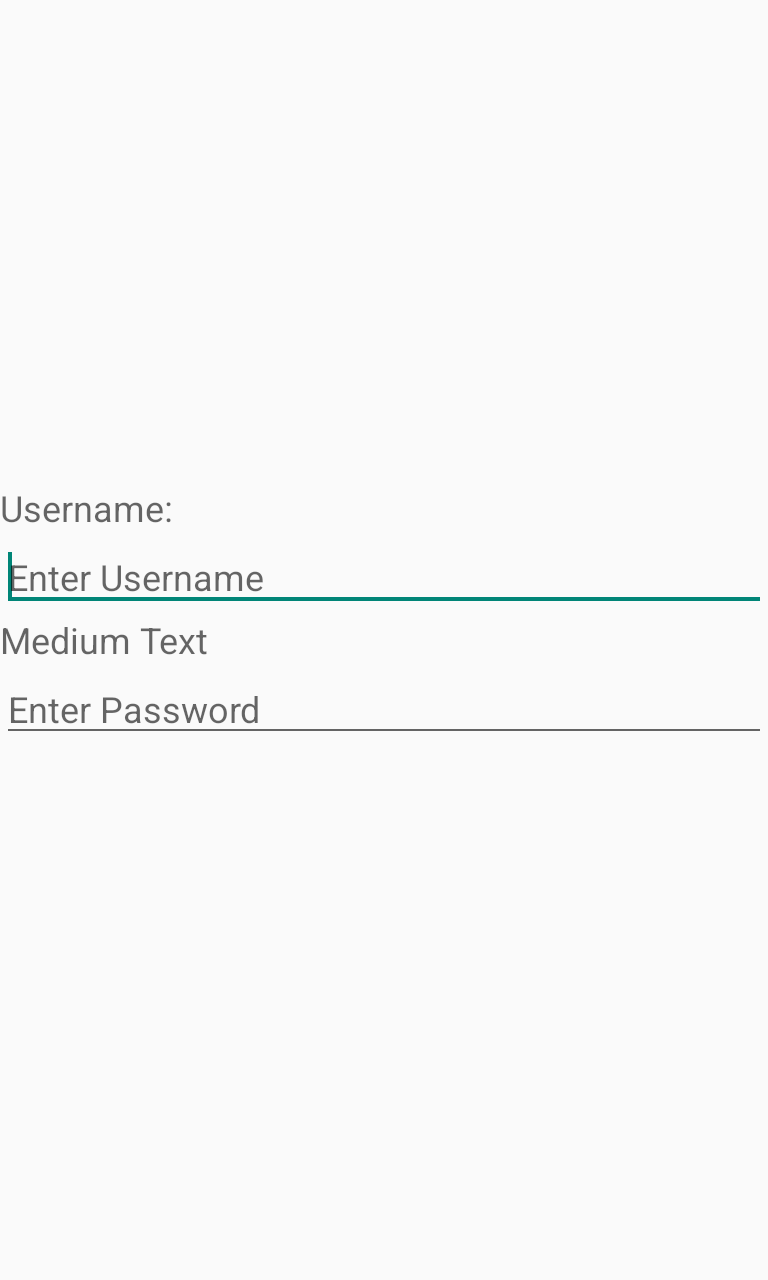
Repository: japheth-starita/DoorLockSystem
Layout: DoorLockSystem/res/layout/activity_login_device_man.xml
An editor plug-in stored every save of this project. The layout is shown before and after the next save, followed by the edit.
It is drawn on a 768 x 1280 px phone screen (xhdpi) without system bars, with theme AppTheme; the app's code is not run.

Above is the layout before, as saved 2015-11-20 12:43:17.

After the next save:
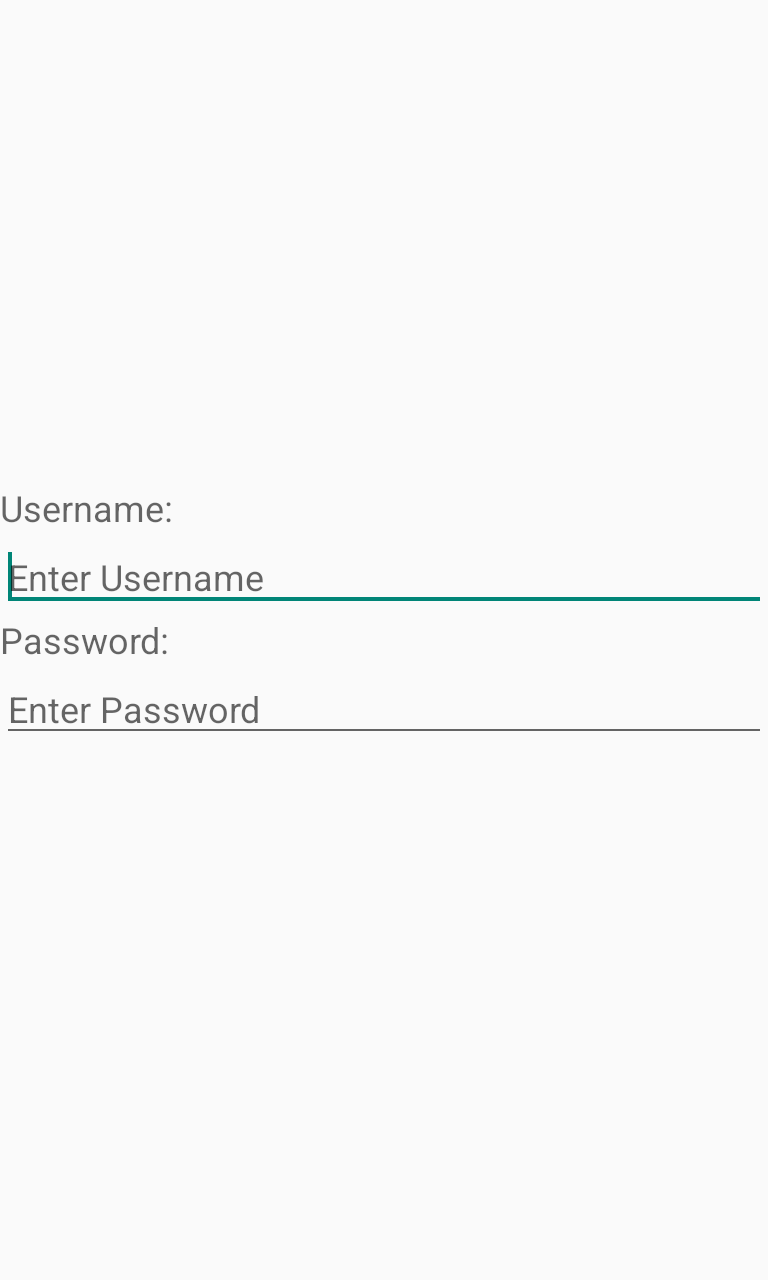
Saved 28 s later.
--- a/DoorLockSystem/res/layout/activity_login_device_man.xml
+++ b/DoorLockSystem/res/layout/activity_login_device_man.xml
@@ -27,7 +27,7 @@
         android:layout_centerVertical="true"
         android:layout_width="wrap_content"
         android:layout_height="wrap_content"
-        android:text="Medium Text"
+        android:text="Password:"
         android:textAppearance="?android:attr/textAppearanceMedium" />
 
     <EditText
